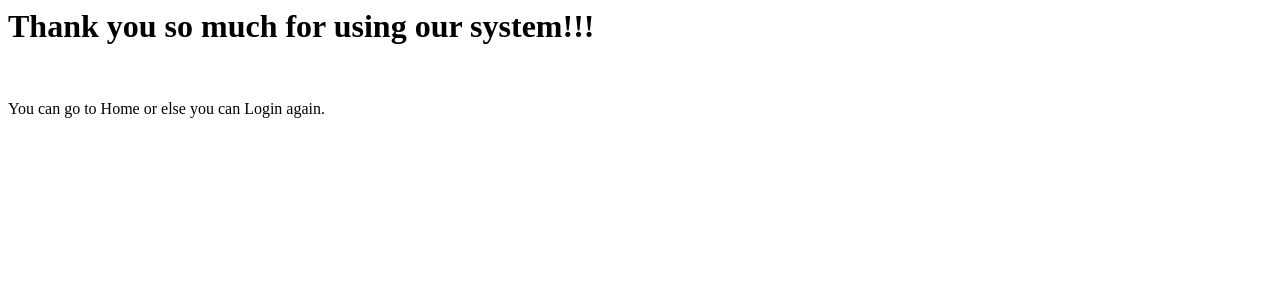
Repository: Kutty39/WebApps
Page: http://localhost/WebPageApp1/logout.jsp
An editor plug-in stored every save of this project. The page is shown before and after the next save, followed by the edit.
The browser window is 1280 px wide. The pictures show the whole page.
The page is served by Tomcat 9. The session is filled in as if someone had signed in: {"user": "testuser", "detail": 1}.

Above is the page before, as saved 2019-12-10 04:53:17.

After the next save:
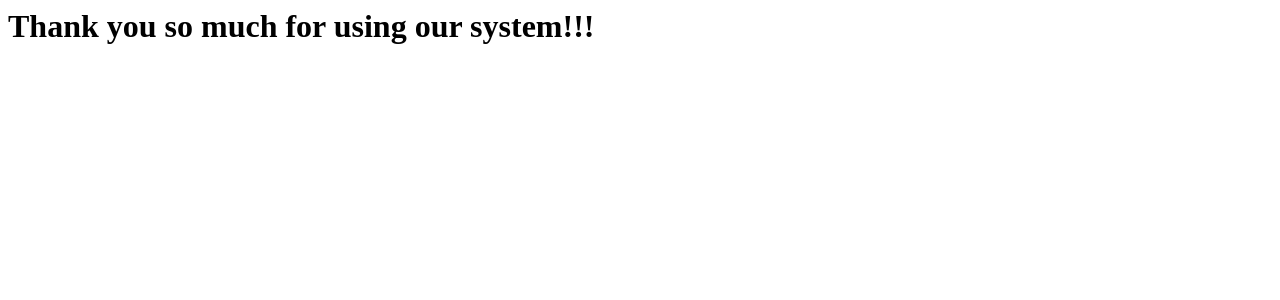
Saved 50 min 28 s later.
--- a/LoginRegistrationPage/WebPageApp1/src/main/webapp/logout.jsp
+++ b/LoginRegistrationPage/WebPageApp1/src/main/webapp/logout.jsp
@@ -11,9 +11,4 @@
 <div class="out-container">
 <%-- style="display: <%= show%>>" --%>
 	<h1 >Thank you so much for using our system!!!</h1>
-	<br>
-	<p>
-		You can go to <a class="button home">Home</a> or else you can <a
-			class="button login">Login</a> again.
-	</p>
 </div>
